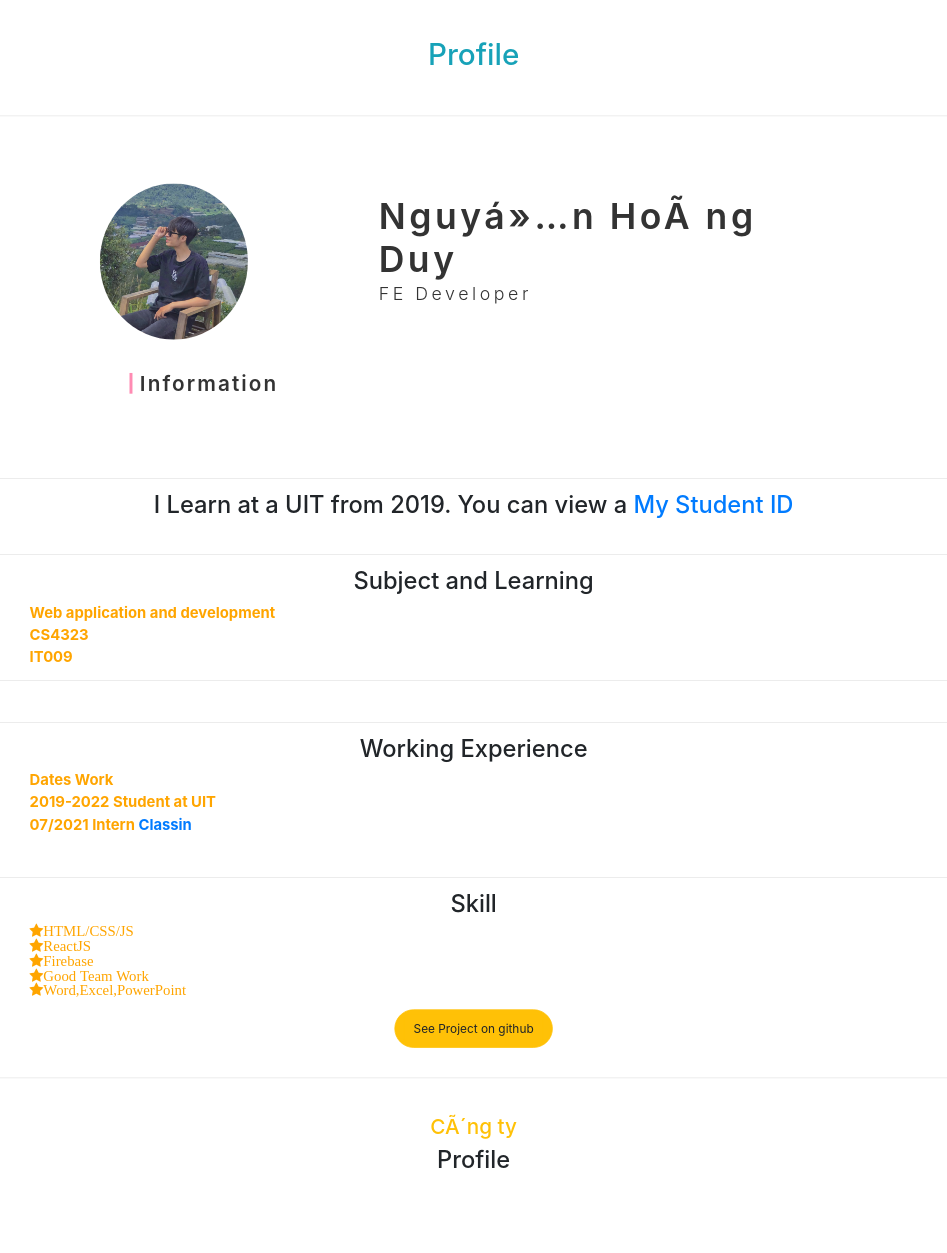
Repository: HoangDuy315/HW_TVK
Page: cv.html
An editor plug-in stored every save of this project. The page is shown before and after the next save, followed by the edit.
The browser window is 1280 px wide. The pictures show the whole page, at 74% of full size.

Above is the page before, as saved 2022-09-25 18:18:35.

### cv.html
<html>
    <head>
        <title>GnahYuD</title>
        <link rel="SHORTCUT ICON" href="images/cormen-tiny.jpg">
        <script charset="utf-8" src="https://platform.twitter.com/js/button.c6c95b9789db97ea1e9742d215fff751.js"></script>
        <link rel="stylesheet" href="cv.css">
        <link rel="stylesheet" href="https://cdnjs.cloudflare.com/ajax/libs/font-awesome/4.7.0/css/font-awesome.min.css">
        <link rel="stylesheet" href="https://cdn.jsdelivr.net/npm/bootstrap@4.6.2/dist/css/bootstrap.min.css" integrity="sha384-xOolHFLEh07PJGoPkLv1IbcEPTNtaed2xpHsD9ESMhqIYd0nLMwNLD69Npy4HI+N" crossorigin="anonymous">
    </head>
    <body text="#000068" link="#060FDF" vlink="#060FDF" alink="#DC24C5">
    <section id="Profile">
        <div class="container">
            <div class="row">
                <div class="col-12 text-center">
                    <h1 class="text-info fw-bold">Profile</h3>
                </div>
            </div>
    </section>
    <hr>
    <div class="bdy">
        <div class="container">
            <div class="top">
                <div class="imgbx">
                    <div class="box">
                        <img src="/123.JPG" class="duy" alt="">
                    </div>
                </div>
                <div class="profile">
                    <h3>Nguyễn Hoàng Duy<br><span>FE Developer</span></h3>
                </div>
            </div>
            <div class="contentBox">
                <div class="leftSide">
                    <h3>Information</h3>
                </div>
                <div class="rightSide"></div>
            </div>
        </div>
    </div>

    <hr class="ms-5">
        <h2 class="yud">I Learn at a UIT from 2019.  You can view a <a href="https://student.uit.edu.vn/">My Student ID</a></h2>
    </hr>
    <br>
    <hr>
        <h2 class="hi">Subject and Learning</h2>
        <ul class="fs">
            <li >Web application and development</li>
            <li >CS4323</li>
            <li >IT009</li>
        </ul>

    <hr>
    <br>
    <hr>
        <h2 class="yud">Working Experience</h2>
        <ul class="fs">
            <li>Dates Work</li>
            <li>2019-2022 Student at UIT</li>
            <li>07/2021 Intern  <a href="https://www.classin.com/">Classin</a></li>
        </ul>
    </hr>
    <br>
    <hr>
        <h2 class="yud">Skill</h2>
        <ul class="fs">
            <li class="fa fa-star checked">HTML/CSS/JS</li><br>
            <li class="fa fa-star checked">ReactJS</li><br>
            <li class="fa fa-star checked">Firebase</li><br>
            <li class="fa fa-star checked">Good Team Work</li><br>
            <li class="fa fa-star checked">Word,Excel,PowerPoint</li>
        </ul>
        <div class="text-center">
            <button type="button" class="btn btn-warning rounded-pill"><a class="btn btn-warning fw-bold  " href="https://github.com/HoangDuy315">See Project on github</a></button>
        </div>
    </hr>
    <br>
    <hr>
    <section id="about">
        <div class="container">
            <div class="row mb-5    ">
                <div class="col-12 text-center">
                    <h3 class="text-warning">Công ty</h3>
                    <h2 class="display-5 fw-bold">Profile</h2>
                </div>
            </div>
            <div class="row">


    </section>
    </script>

</body>
</html>

### cv.css
body {
    background: rgb(219, 224, 172);
}

.bdy {
    display: flex;
    justify-content: center;
    align-items: center;
}

.container {
    position: relative;
    width: 100%;
    max-width: 1000px;
    background: #fff;
    margin: 50px;
    /* box-shadow: 0 50px 70px rgba(0, 0, 0, 0.1); */
    border-left: 50px solid #fff;
    border-right: 50px solid #fff;

}

.container .top {
    position: relative;
    display: grid;
    grid-template-columns: 1fr 2fr;
}

.container .top .imgbx {
    position: relative;
    width: 100%;
    display: flex;
    align-items: center;
}

.container .top .imgbx .box {
    position: relative;
    width: 70%;
    min-width: 200px;
    border-radius: 50%;
}

.container .contentBox {
    position: relative;
    display: grid;
    grid-template-columns: 1fr 2fr;
    padding: 0 40px 40px;

}

.container .contentBox h3 {
    border-left: 4px solid #ff8bb3;
    padding-left: 10px;
    line-height: 1em;
    font-weight: 600;
    color: #333;
    letter-spacing: 0.1em;    margin-top: 20px;
}

.duy {
    color: blue;
    position: relative;
    width: 70%;
    min-width: 200px;
    border-radius: 50%;
    overflow: hidden;
}

.container .top .profile {
    position: relative;
    padding: 40px;
    display: flex;
    align-items: center;
}

.container .top .profile h3 {
    font-size: 3em;
    letter-spacing: 0.1em;
    line-height: 1.2em;
    font-weight: 600;
    color: #333;
}

.container .top .profile h3 span {
    position: relative;
    font-size: 0.5em;
    font-weight: 300;
    top: -10px;
}

.checked {
    color: orange;
}

.yud {
    text-align: center;
}

.yud .li {
    text-align: center;
}

.hi {

    text-align: center;
}

.fs {
    font-size: 20px;
    list-style: none;
    font-family: "Roboto" sans-serif;
    font-weight: bold;
    color: orange;
}

.detail {
    padding: 5px;
}

.name {
    text-align: center;
}

After the next save:
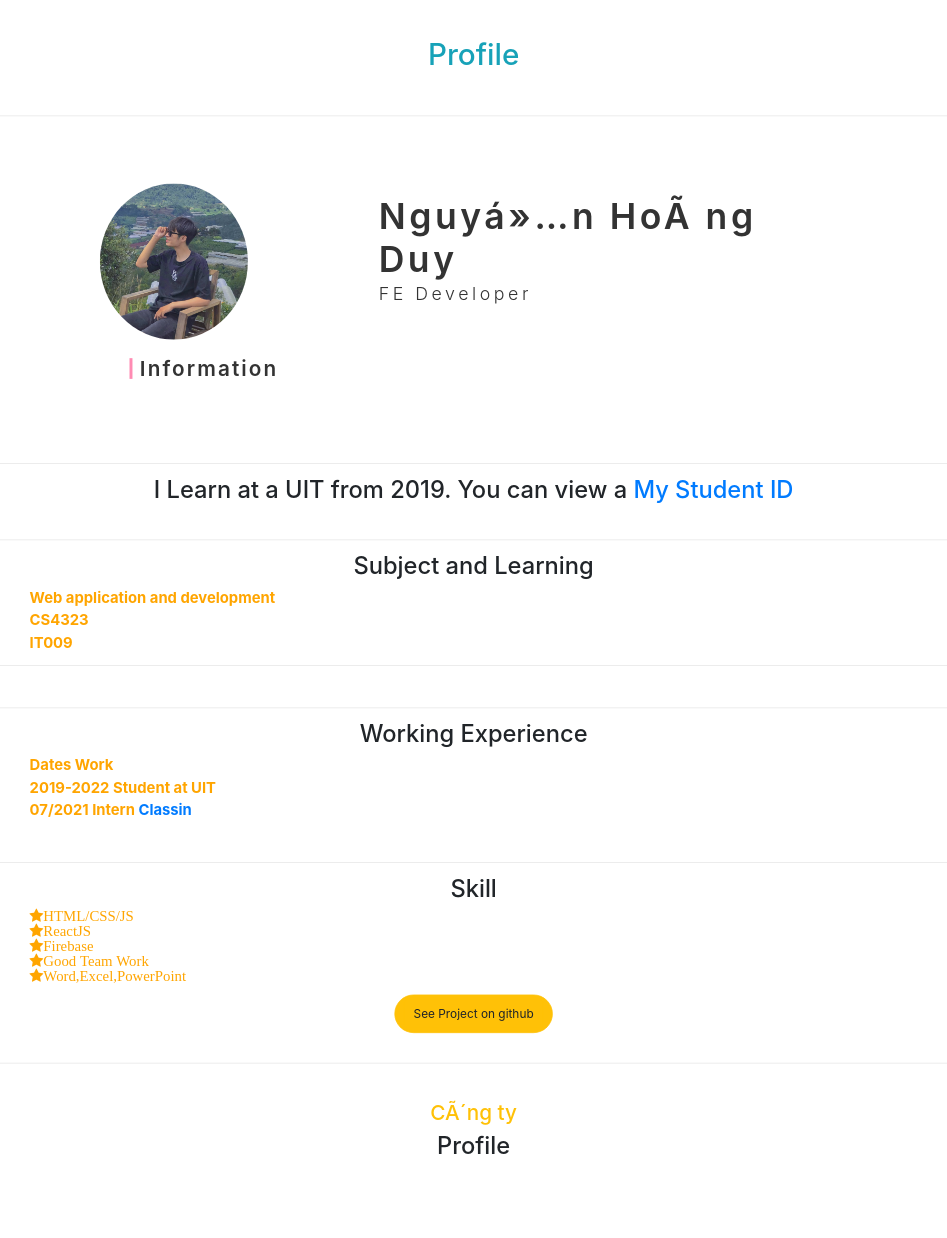
Saved 5 s later.
--- a/cv.css
+++ b/cv.css
@@ -45,7 +45,6 @@
     display: grid;
     grid-template-columns: 1fr 2fr;
     padding: 0 40px 40px;
-
 }
 
 .container .contentBox h3 {
@@ -54,7 +53,7 @@
     line-height: 1em;
     font-weight: 600;
     color: #333;
-    letter-spacing: 0.1em;    margin-top: 20px;
+    letter-spacing: 0.1em;
 }
 
 .duy {

After the save that followed:
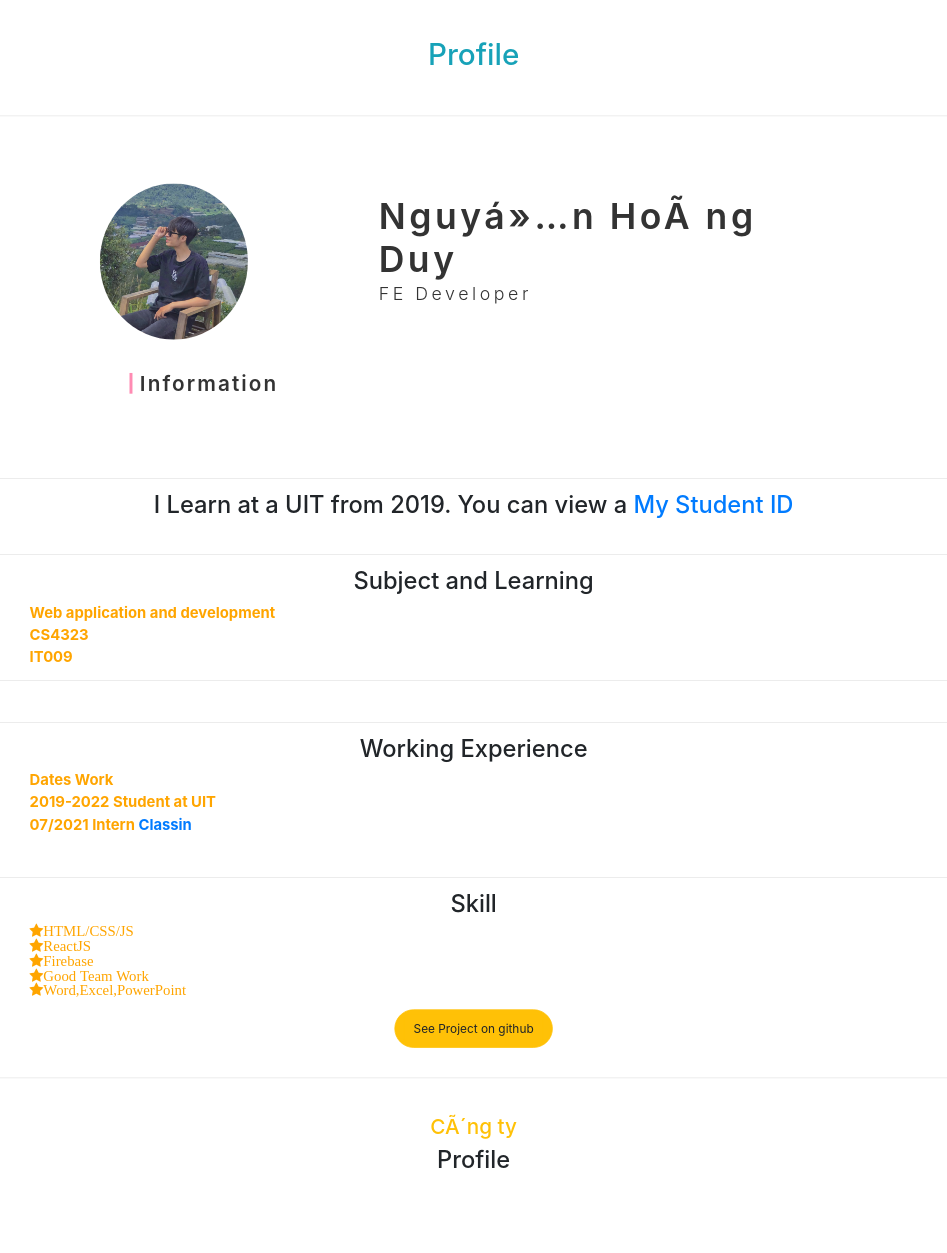
Saved 14 s later.
--- a/cv.css
+++ b/cv.css
@@ -45,6 +45,7 @@
     display: grid;
     grid-template-columns: 1fr 2fr;
     padding: 0 40px 40px;
+    margin-top: 20px;
 }
 
 .container .contentBox h3 {
